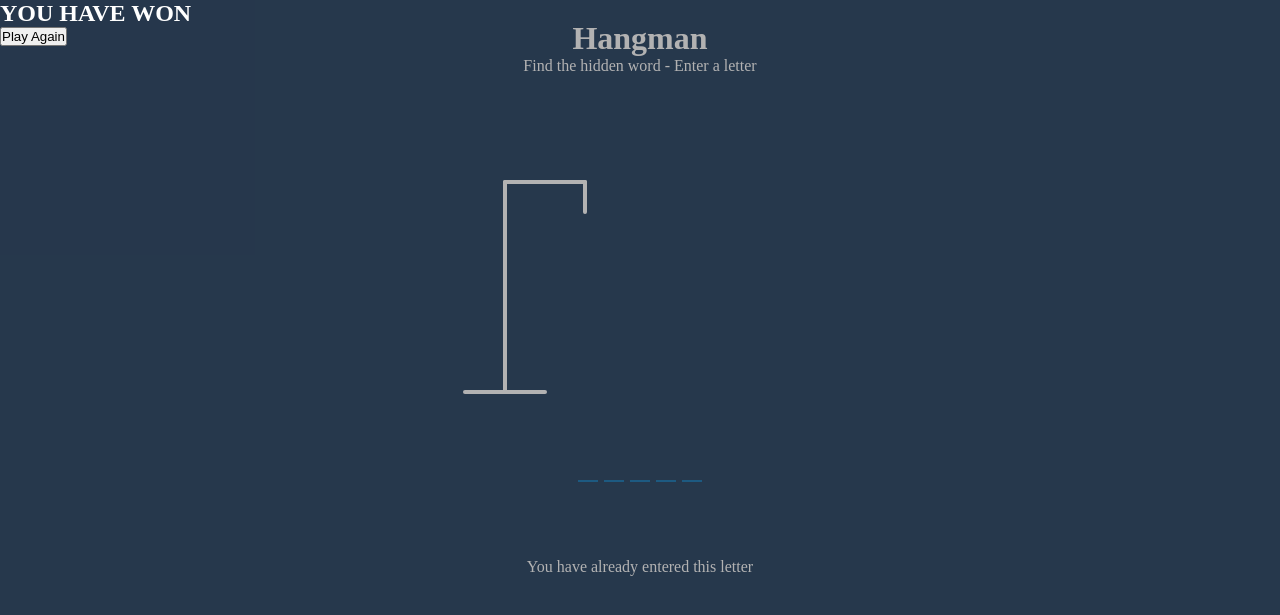
Repository: CAMPSLOPY/HangMan
Page: index.html
An editor plug-in stored every save of this project. The page is shown before and after a run of saves, followed by the edit.
The browser window is 1280 px wide. The pictures show the whole page.
Some web fonts or font styles are not loaded; a fallback is used.

Above is the page before, as saved 2021-01-26 15:38:59.

After the next 2 saves:
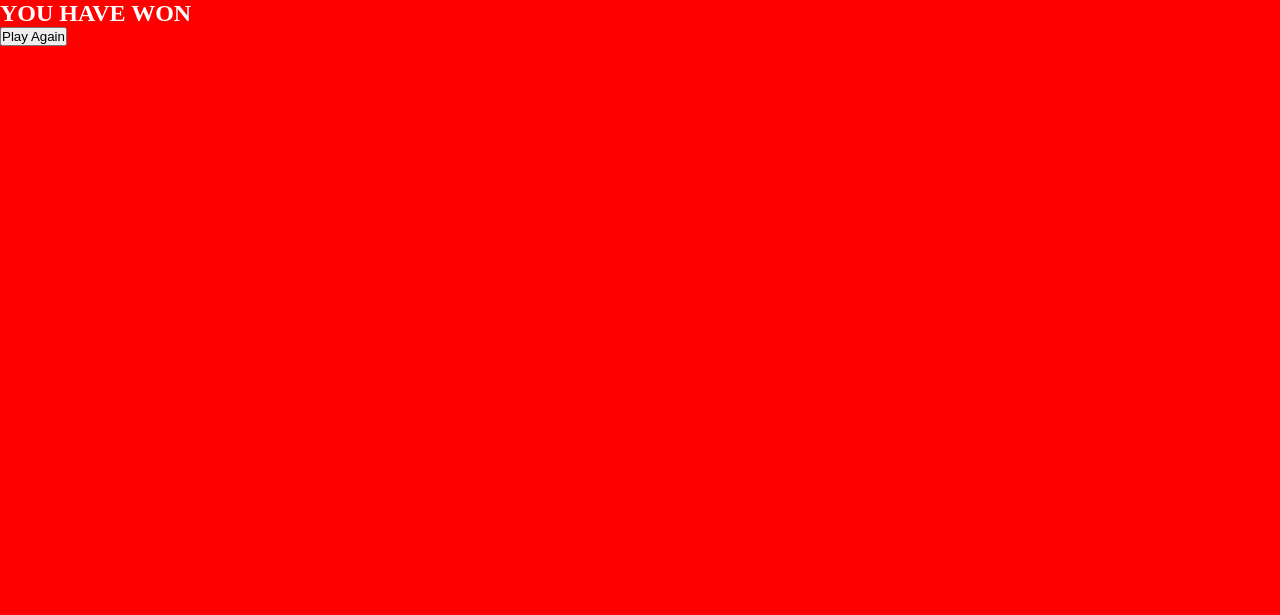
The 2 saves are shown as one change because they came seconds apart.
The last was saved 15 s later.
--- a/styles.css
+++ b/styles.css
@@ -69,7 +69,7 @@
   width: 20px;
 }
 .popup-container {
-  background-color: rgba(0, 0, 0, 0.3);
+  background-color: RED;
   position: fixed;
   top: 0;
   left: 0;

After the 2 saves that followed:
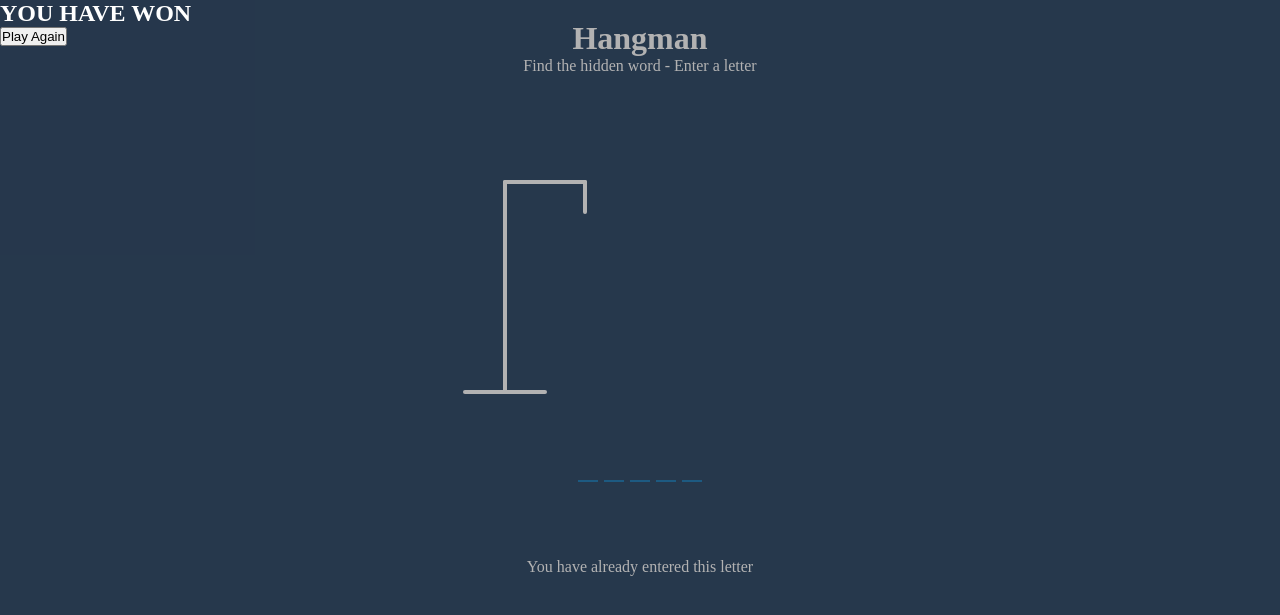
The 2 saves are shown as one change because 1 left the picture as it was.
The last was saved 17 s later.
--- a/styles.css
+++ b/styles.css
@@ -69,7 +69,7 @@
   width: 20px;
 }
 .popup-container {
-  background-color: RED;
+  background-color: rgba(0, 0, 0, 0.3);
   position: fixed;
   top: 0;
   left: 0;
